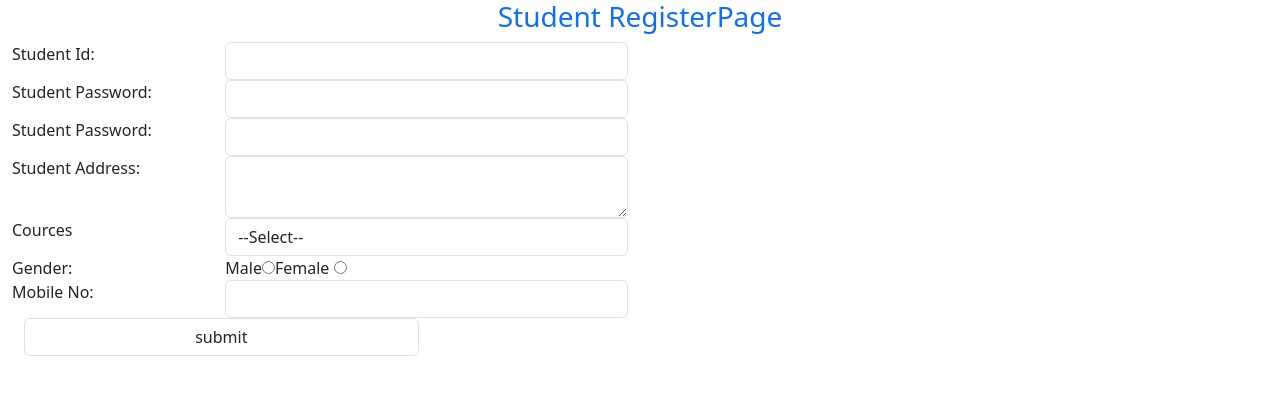
Repository: speaktwojitendra/WareHouseApp
Page: http://localhost/StudentRegister
The author's editor kept a copy of each file at every save. The page is drawn from the files as they stood at one save, then again after the next save.
The browser window is 1280 px wide. The pictures show the whole page.
The page is this project's Thymeleaf template; nobody is signed in. The template is opened directly, without the code that normally fills it, so the values that code supplies are empty.

Above is the page before, as saved 2026-01-11 10:38:27.

After the next save:
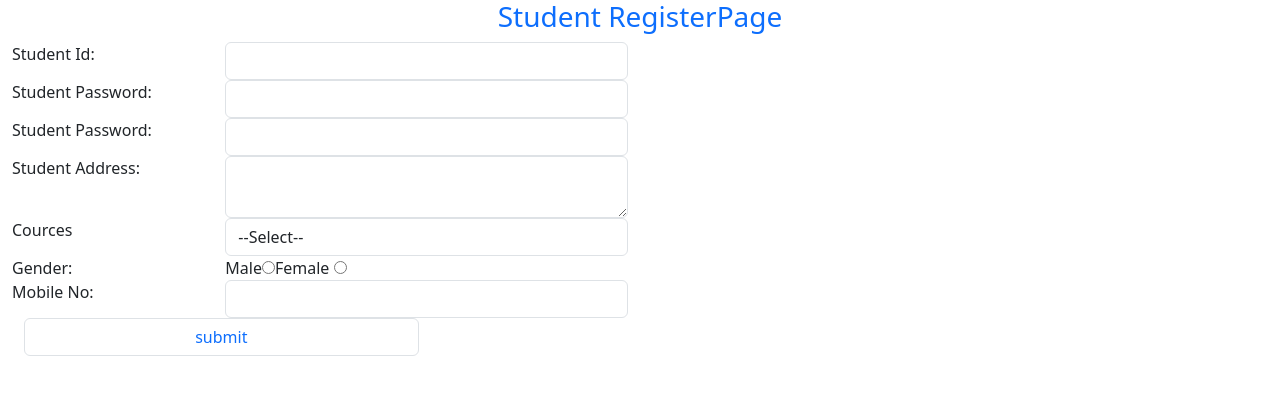
Saved 61 s later.
--- a/student1App/src/main/resources/templates/StudentRegister.html
+++ b/student1App/src/main/resources/templates/StudentRegister.html
@@ -72,7 +72,7 @@
 
 <div class="row">
 
-<div class="col-4"><input type=submit value=submit class="form-control col4"></div>
+<div class="col-4"><input type=submit value=submit class="form-control col4 text-primary"></div>
 
 
 </div>
